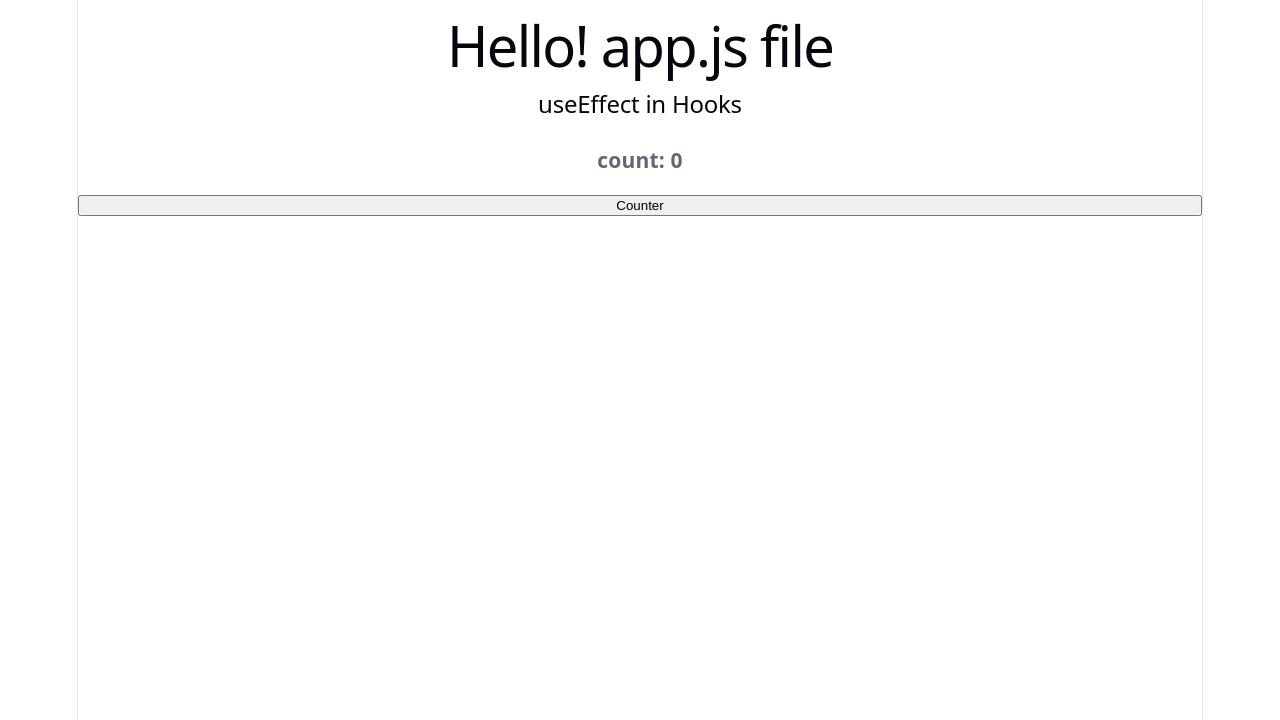
Repository: Gulzarokz/React_Course_Review
Page: / (app in vite-Project/)
These files come from the project's save history. The page is drawn as it stood at one moment and after the next save; the edit follows.
The browser window is 1280 px wide. The pictures show the whole page.
The project was rebuilt for these pictures with package versions that can differ from the ones it lists, and the page was loaded fresh each time. Also part of the build but not shown: vite-Project/vite.config.js, vite-Project/src/App.css.

Above is the page before, as saved 2026-04-22 12:50:24.

### vite-Project/index.html
<!doctype html>
<html lang="en">
  <head>
    <meta charset="UTF-8" />
    <link rel="icon" type="image/svg+xml" href="/favicon.svg" />
    <meta name="viewport" content="width=device-width, initial-scale=1.0" />
    <title>vite-project</title>
  </head>
  <body>
    <div id="root"></div>
    <script type="module" src="/src/main.jsx"></script>
  </body>
</html>

### vite-Project/src/index.css
:root {
  --text: #6b6375;
  --text-h: #08060d;
  --bg: #fff;
  --border: #e5e4e7;
  --code-bg: #f4f3ec;
  --accent: #aa3bff;
  --accent-bg: rgba(170, 59, 255, 0.1);
  --accent-border: rgba(170, 59, 255, 0.5);
  --social-bg: rgba(244, 243, 236, 0.5);
  --shadow:
    rgba(0, 0, 0, 0.1) 0 10px 15px -3px, rgba(0, 0, 0, 0.05) 0 4px 6px -2px;

  --sans: system-ui, 'Segoe UI', Roboto, sans-serif;
  --heading: system-ui, 'Segoe UI', Roboto, sans-serif;
  --mono: ui-monospace, Consolas, monospace;

  font: 18px/145% var(--sans);
  letter-spacing: 0.18px;
  color-scheme: light dark;
  color: var(--text);
  background: var(--bg);
  font-synthesis: none;
  text-rendering: optimizeLegibility;
  -webkit-font-smoothing: antialiased;
  -moz-osx-font-smoothing: grayscale;

  @media (max-width: 1024px) {
    font-size: 16px;
  }
}

@media (prefers-color-scheme: dark) {
  :root {
    --text: #9ca3af;
    --text-h: #f3f4f6;
    --bg: #16171d;
    --border: #2e303a;
    --code-bg: #1f2028;
    --accent: #c084fc;
    --accent-bg: rgba(192, 132, 252, 0.15);
    --accent-border: rgba(192, 132, 252, 0.5);
    --social-bg: rgba(47, 48, 58, 0.5);
    --shadow:
      rgba(0, 0, 0, 0.4) 0 10px 15px -3px, rgba(0, 0, 0, 0.25) 0 4px 6px -2px;
  }

  #social .button-icon {
    filter: invert(1) brightness(2);
  }
}

body {
  margin: 0;
}

#root {
  width: 1126px;
  max-width: 100%;
  margin: 0 auto;
  text-align: center;
  border-inline: 1px solid var(--border);
  min-height: 100svh;
  display: flex;
  flex-direction: column;
  box-sizing: border-box;
}

h1,
h2 {
  font-family: var(--heading);
  font-weight: 500;
  color: var(--text-h);
}

h1 {
  font-size: 56px;
  letter-spacing: -1.68px;
  margin: 32px 0;
  @media (max-width: 1024px) {
    font-size: 36px;
    margin: 20px 0;
  }
}
h2 {
  font-size: 24px;
  line-height: 118%;
  letter-spacing: -0.24px;
  margin: 0 0 8px;
  @media (max-width: 1024px) {
    font-size: 20px;
  }
}
p {
  margin: 0;
}

code,
.counter {
  font-family: var(--mono);
  display: inline-flex;
  border-radius: 4px;
  color: var(--text-h);
}

code {
  font-size: 15px;
  line-height: 135%;
  padding: 4px 8px;
  background: var(--code-bg);
}

### vite-Project/src/App.jsx
import './App.css';
import UseEffectHook from './UseEffectHook';


function App() {

  // function getData() {
  //   alert('Hello How are you!')
  // }
  return (
    <>
      <h1>Hello! app.js file</h1>
      <UseEffectHook />



    </>
  )
}
export default App

### vite-Project/src/UseEffectHook.jsx
import React, { useEffect, useState } from 'react'

function UseEffectHook() {

    const [count, setCount] = useState(0)

    useEffect(() => {
        console.log("use effect called");

    })
    return (
        <>
            <h2>useEffect in Hooks</h2>
            <h3>count: {count}</h3>
            <button onClick={() => setCount(count + 1)}>Counter</button>
        </>
    )
}

export default UseEffectHook

### vite-Project/src/UseEffectProps.jsx
import React from 'react'

function UseEffectProps() {
    return (
        <>
            <h2>useEffect in react js</h2>

        </>
    )
}

export default UseEffectProps

Loaded but not shown: vite-Project/src/main.jsx (common file)

After the next save:
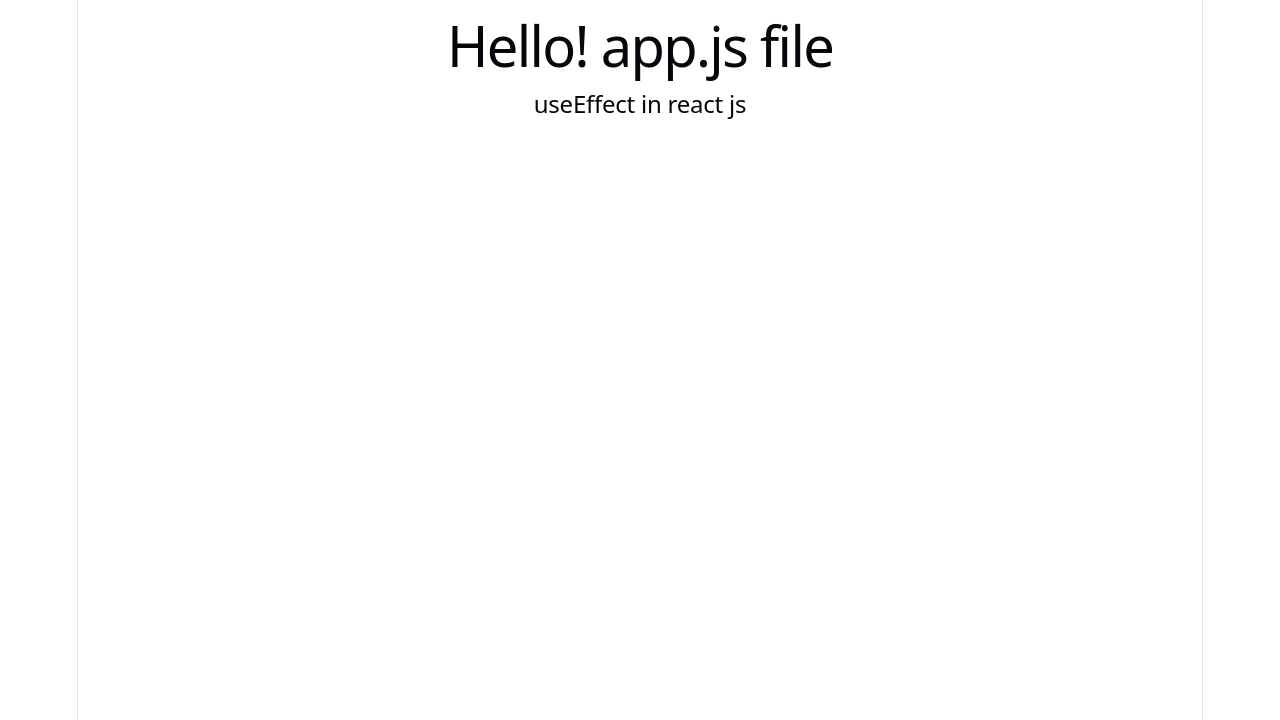
Saved 27 s later.
--- a/vite-Project/src/App.jsx
+++ b/vite-Project/src/App.jsx
@@ -1,5 +1,6 @@
 import './App.css';
-import UseEffectHook from './UseEffectHook';
+import UseEffectProps from './UseEffectProps';
+
 
 
 function App() {
@@ -10,7 +11,7 @@ function App() {
   return (
     <>
       <h1>Hello! app.js file</h1>
-      <UseEffectHook />
+      <UseEffectProps />
 
 
 
